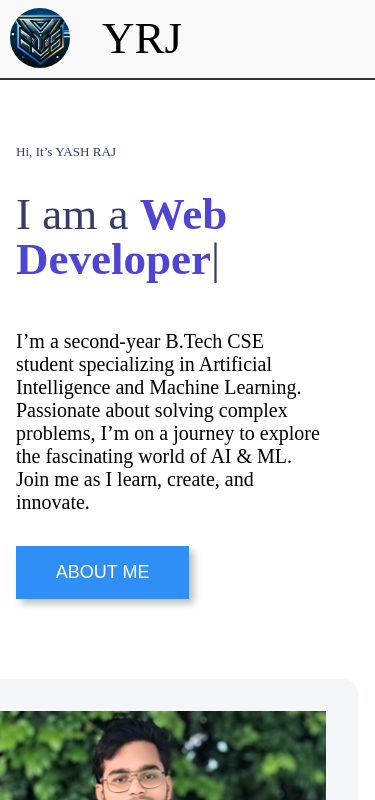
Repository: yrajha18/PeerShelf
Page: Desktop/WEB DEV/Portfolio/index.html
These files come from the project's save history. The page is drawn as it stood at one moment and after the next save; the edit follows.
The browser window is 375 px wide. The pictures show the whole page.
An inner scrolling area shows only its first screen. Some web libraries are served in a nearby version.

Above is the page before, as saved 2024-09-18 10:38:48.

After the next save:
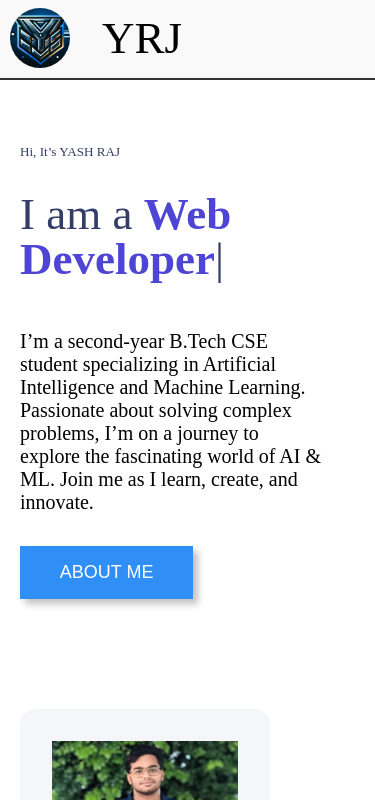
Saved 7 h 25 min later.
--- a/Desktop/WEB DEV/Portfolio/styles.css
+++ b/Desktop/WEB DEV/Portfolio/styles.css
@@ -525,100 +525,28 @@ a {
 }
 
 
-@media (max-width: 768px) {
-  .skills-container {
+@media screen and (max-width: 768px) {
+  .hero-section {
     flex-direction: column;
-    gap: 2rem;
-  }
-
-  .skills-left, .skills-right {
+    padding: 0 20px;
+  }
+
+  .hero-section-left, .hero-section-right {
     width: 100%;
-    margin-bottom: 2rem;
-  }
-
-  .skills-title {
-    font-size: 1.8rem;
-  }
-}
-
-@media (max-width: 480px) {
-  .skills-title {
-    font-size: 1.5rem;
-  }
-
-  .skill-category ul li {
-    font-size: 0.9rem;
-  }
-}
-
-html, .body {
-  height: 100%;
-}
-
-body {
-  display: flex;
-  flex-direction: column;
-  justify-content: space-between;
-}
-
-
-.container {
-  flex: 1;
-}
-
-
-
-.contact_me {
-    margin-top: 40px;
-    color: #666;
-}
-
-.social-links {
-    margin-top: 20px;
-}
-
-.social-icon {
-    display: inline-block;
-    margin: 0 10px;
-    font-size: 1.2rem;
-    color: #333;
-    text-decoration: none;
-    border-bottom: 2px solid transparent;
-    transition: color 0.3s ease, border-color 0.3s ease;
-}
-
-.social-icon:hover {
-    color: #4CAF50;
-    border-color: #4CAF50;
-}
-
-
-@media (max-width: 768px) {
-    .contact-section h2 {
-        font-size: 2rem;
-    }
-
-    .contact-section p.contact-text {
-        font-size: 1rem;
-    }
-
-    .social-icon {
-        font-size: 1rem;
-        margin: 0 5px;
-    }
-}
-
-
-@media (max-width: 480px) {
-    .contact-section h2 {
-        font-size: 1.8rem;
-    }
-
-    .contact-section p.contact-text {
-        font-size: 0.9rem;
-    }
-      .social-icon {
-        font-size: 0.9rem;
-        margin: 0 3px;
-    }
-}
+  }
+
+  .hero-section-right {
+    margin-top: 30px;
+  }
+
+  .faded-text {
+    font-size: 4em;
+    bottom: -10%;
+    left: -5%;
+  }
+
+  .user-image {
+    max-width: 250px;
+    max-height: 250px;
+  }
+}
